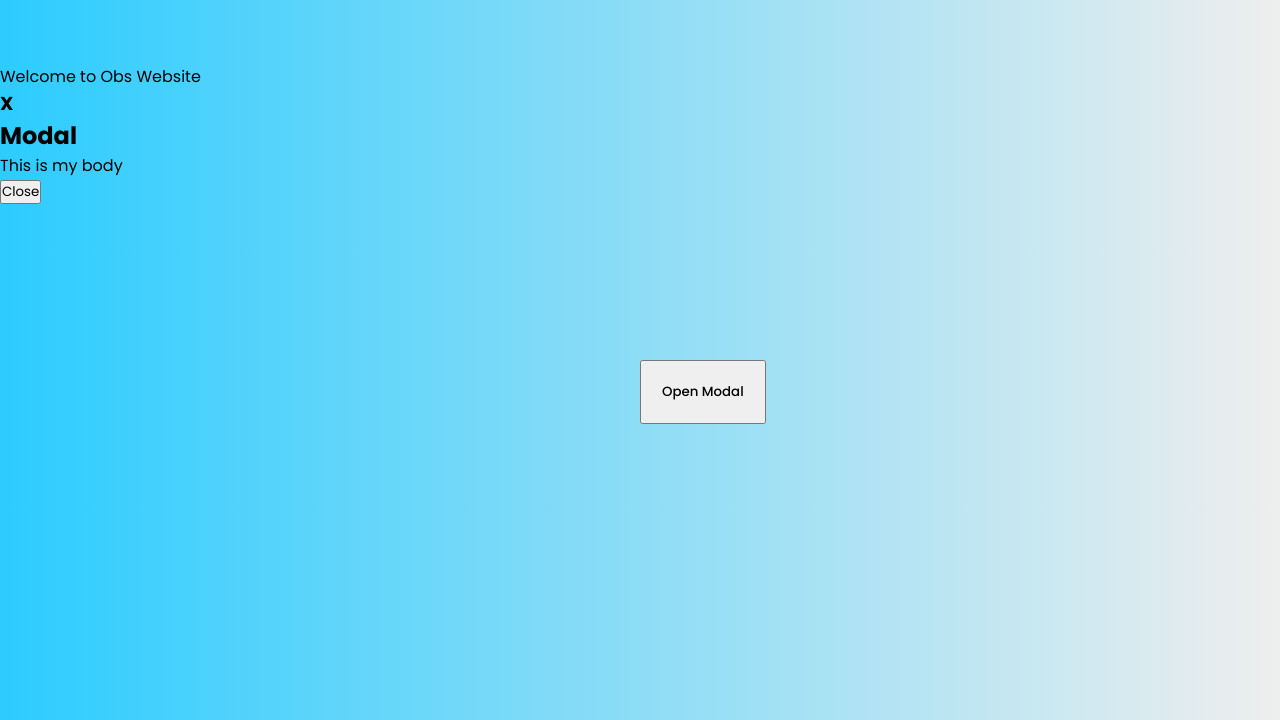
Repository: lausamtuong/Modal_card
Page: index.html
These files come from the project's save history. The page is drawn as it stood at one moment and after a run of saves; the edit follows.
The browser window is 1280 px wide. The pictures show the whole page.
The style sheet was rebuilt from its Sass, Less or Tailwind sources for each picture, by a compiler version that may differ from the author's.

Above is the page before, as saved 2021-12-14 21:31:36.

After the next 2 saves:
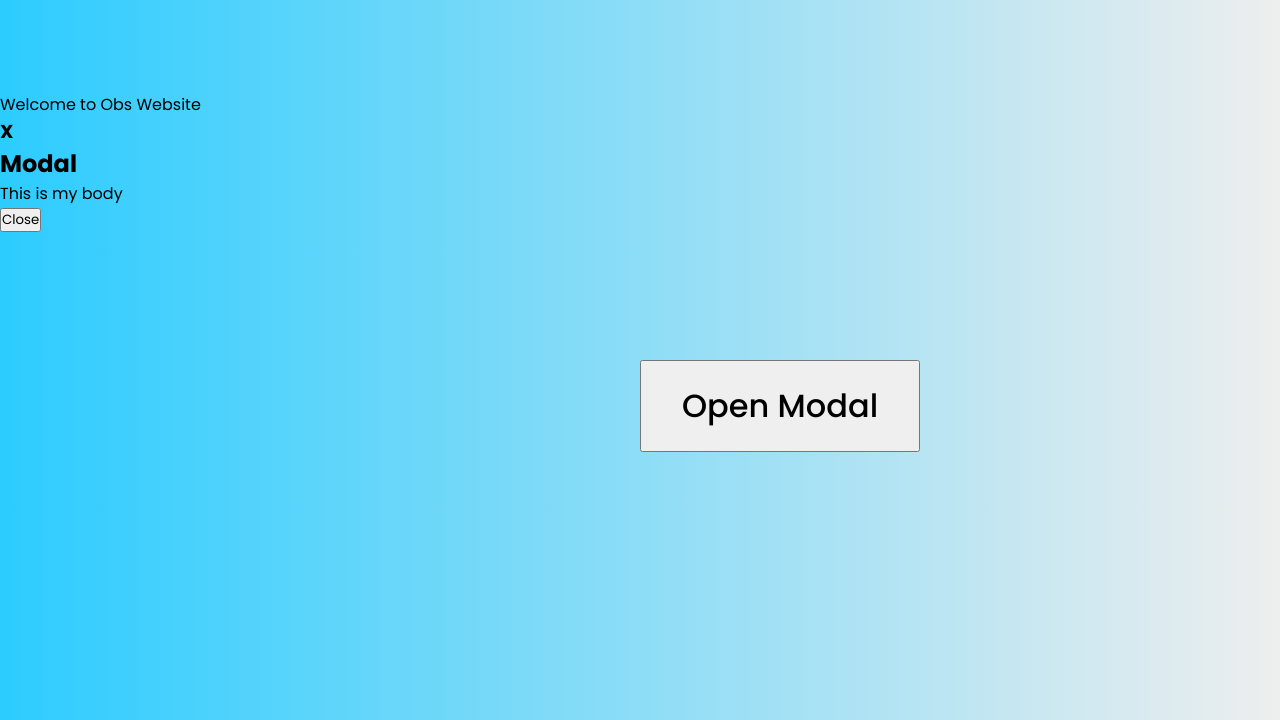
The 2 saves are shown as one change because they came seconds apart.
The last was saved 7 s later.
--- a/style.scss
+++ b/style.scss
@@ -13,6 +13,7 @@ body{
    top:50%;
    left:50%;
    outline: none;
-   padding : 20px 20px;
+   padding : 20px 40px;
    font-weight: 500;
+   font-size: 2rem;
 }
